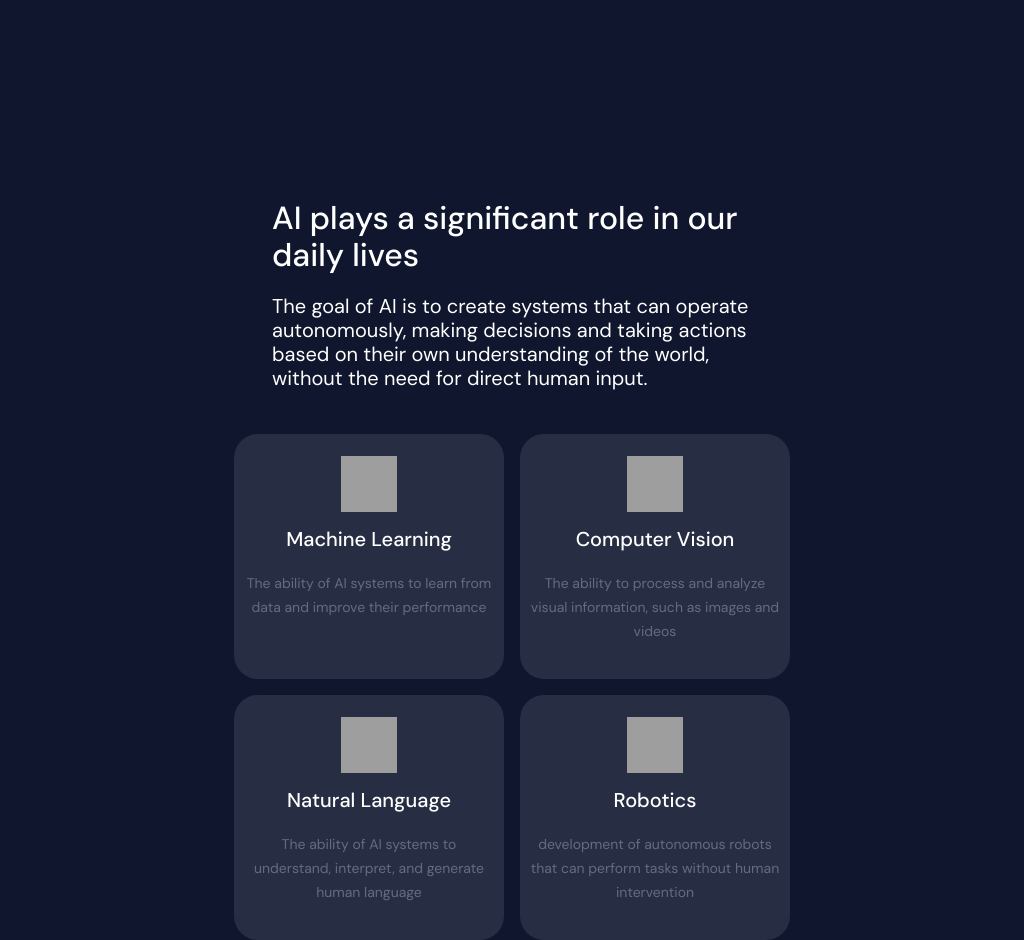
Repository: guli95/four-areas-of-AI-INVO-ACAdemy
Page: /
These files come from the project's save history. The page is drawn as it stood at one moment and after the next save; the edit follows.
The browser window is 1024 px wide. The pictures show the whole page.
Pictures or frames that could not be fetched are drawn as grey boxes. The project was rebuilt for these pictures with package versions that can differ from the ones it lists, and the page was loaded fresh each time.

Above is the page before, as saved 2023-03-13 15:54:09.

After the next save:
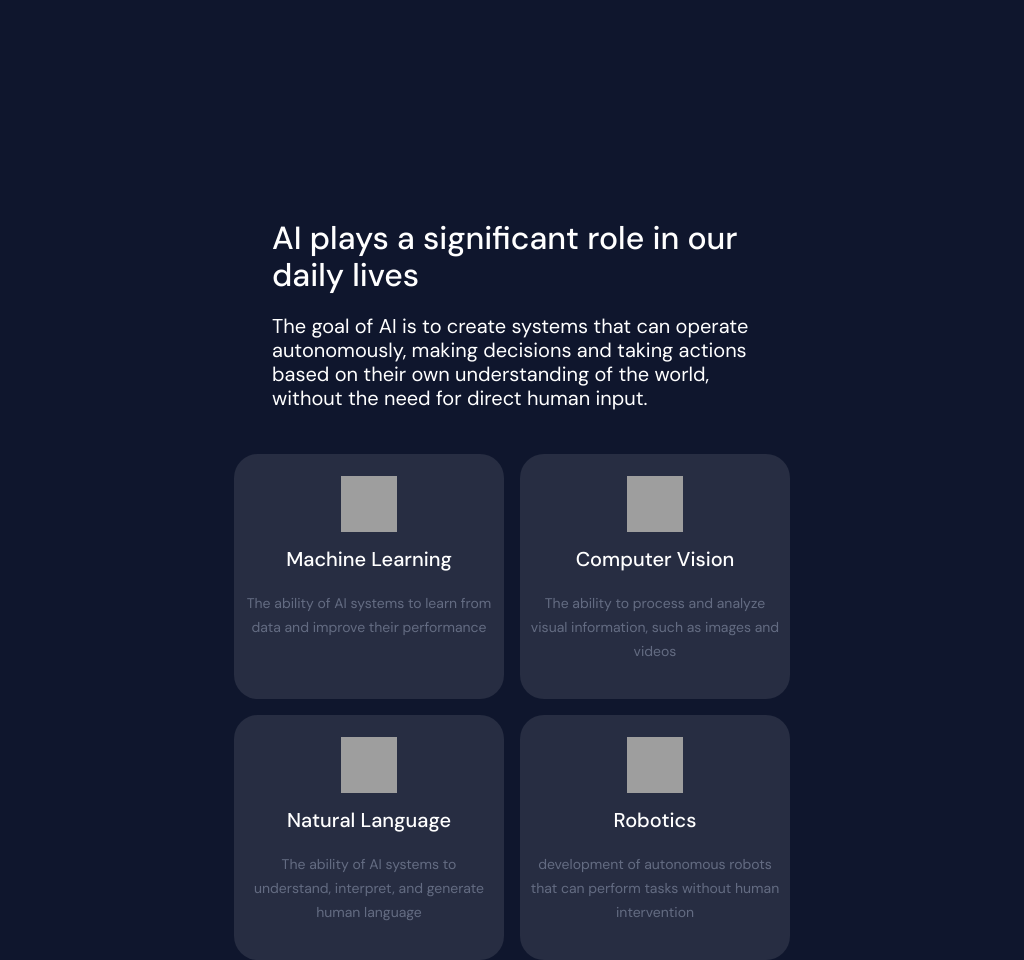
Saved 11 s later.
--- a/src/pages/home-page/styles/home-page.scss
+++ b/src/pages/home-page/styles/home-page.scss
@@ -17,7 +17,7 @@
     @media screen and (max-width:1191px) {
         flex-direction:column;
         align-items: center;
-        margin-top: 200px;
+        margin-top: 220px;
         gap:24px;
     }
     @media screen and (max-width:480px) {
